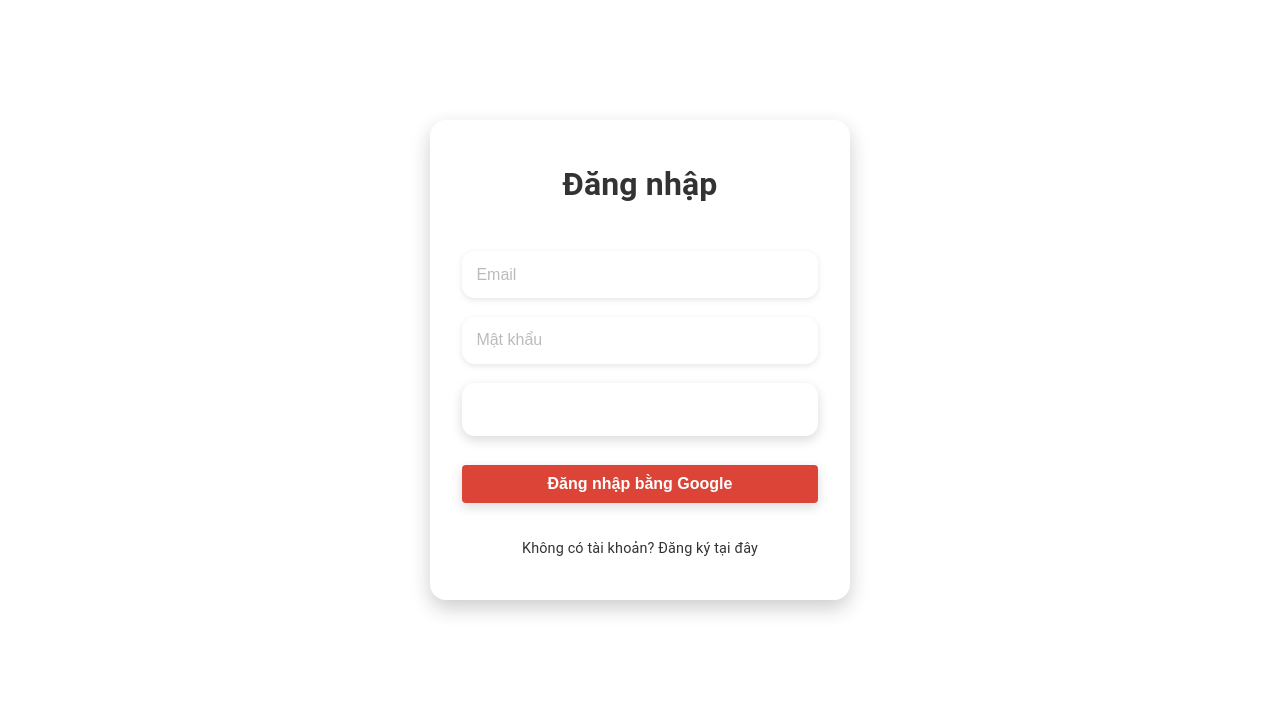
Repository: minhquang203/Homestay
Page: /login (app in client/)
The author's editor kept a copy of each file at every save. The page is drawn from the files as they stood at one save, then again after the next save.
The browser window is 1280 px wide. The pictures show the whole page.
The project was rebuilt for these pictures with package versions that can differ from the ones it lists, and the page was loaded fresh each time. Also part of the build but not shown: client/src/styles/Footer.scss, client/src/components/Footer.jsx, client/src/styles/ListingCard.scss, client/src/components/ListingCard.jsx, client/src/styles/Loader.scss, client/src/components/Loader.jsx, client/src/styles/Navbar.scss, client/src/styles/variable.scss and 28 more.

Above is the page before, as saved 2025-04-03 22:55:51.

### client/public/index.html
<!DOCTYPE html>
<html lang="en">
  <head>
    <meta charset="utf-8" />
    <link rel="icon" href="%PUBLIC_URL%/favicon.ico" />
    <meta name="viewport" content="width=device-width, initial-scale=1" />
    <meta name="theme-color" content="#000000" />
    <meta
      name="description"
      content="Web site created using create-react-app"
    />
    <link rel="apple-touch-icon" href="%PUBLIC_URL%/logo192.png" />
    <link rel="manifest" href="%PUBLIC_URL%/manifest.json" />
    <link rel="preconnect" href="https://fonts.googleapis.com">
    <link rel="preconnect" href="https://fonts.gstatic.com" crossorigin>
    <link href="https://fonts.googleapis.com/css2?family=Nunito:ital,wght@0,200..1000;1,200..1000&display=swap" rel="stylesheet">
    <title>HomeStayMove</title>
  </head>
  <body>
    <div id="root"></div>

  </body>
</html>

### client/src/index.js
import { CssBaseline, ThemeProvider, createTheme } from "@mui/material"; // Thêm vào đây
import React from "react";
import ReactDOM from "react-dom/client";
import { Provider } from "react-redux";
import { PersistGate } from "redux-persist/integration/react";
import App from "./App";
import { persistor, store } from "./Redux/store";

// Tạo theme tùy chỉnh nếu cần thiết
const theme = createTheme({
  palette: {
    primary: {
      main: "#1976d2", // Màu chủ đạo
    },
    secondary: {
      main: "#dc004e", // Màu phụ
    },
  },
});

const root = ReactDOM.createRoot(document.getElementById("root"));
root.render(
  <React.StrictMode>
    <Provider store={store}>
      <PersistGate loading={null} persistor={persistor}>
        <ThemeProvider theme={theme}>
          <CssBaseline />
          <App />
        </ThemeProvider>
      </PersistGate>
    </Provider>
  </React.StrictMode>
);

### client/src/App.js
import { BrowserRouter, Route, Routes } from "react-router-dom";
import './App.css';
import CategoryPage from "./pages/CategoryPage";
import CreateListing from "./pages/CreateListing";
import HomePage from "./pages/HomePage";
import ListingDetails from "./pages/ListingDetails";
import LoginPage from "./pages/LoginPage";
import PaymentPage from "./pages/PaymentPage";
import Profile from "./pages/Profile";
import PropertyList from "./pages/PropertyList";
import RegisterPage from "./pages/RegisterPage";
import ReservationList from "./pages/ReservationList";
import SearchPage from "./pages/SearchPage";
import TripList from "./pages/TripsList";
import AboutUs from "./pages/Useful Links/AboutUs";
import TermsAndConditions from "./pages/Useful Links/TermsAndConditions";
import WishList from "./pages/WishList";

function App() {
  return (
    <div>
    <BrowserRouter>
      <Routes>
         <Route path="/" element={<HomePage/>}></Route>
         <Route path="/register" element={<RegisterPage/>}></Route>
         <Route path="/login" element={<LoginPage/>}></Route>
         <Route path="/profile" element={<Profile/>}></Route>
         <Route path="/create-listing" element={<CreateListing/>}></Route>
         <Route path="/properties/:listingId" element={<ListingDetails/>}></Route>
         <Route path="/properties/category/:category" element={<CategoryPage />} />
         <Route path="/properties/search/:search" element={<SearchPage />} />
         <Route path="/:userId/trips" element={<TripList />} />
         <Route path="/:userId/wishList" element={<WishList />} />
         <Route path="/:userId/properties" element={<PropertyList />} />
         <Route path="/:userId/reservations" element={<ReservationList />} />
         <Route path="/reservations" element={<ReservationList />} />
         <Route path="/about-us" element={<AboutUs />} />
         <Route path="/terms-and-conditions" element={<TermsAndConditions />} />
         <Route path="/payment" element={<PaymentPage />} />
      </Routes>
    </BrowserRouter>
    </div>
  );
}

export default App;

### client/src/Redux/store.js
// store.js
import { configureStore } from "@reduxjs/toolkit";
import {
  persistStore,
  persistReducer,
  FLUSH,
  REHYDRATE,
  PAUSE,
  PERSIST,
  PURGE,
  REGISTER,
} from "redux-persist";
import storage from "redux-persist/lib/storage";
import userReducer from "./state"; // Đảm bảo đúng đường dẫn đến state.js

// Cấu hình Redux Persist
const persistConfig = {
  key: "root", // Tên của key trong localStorage
  version: 1, // Phiên bản của state để khi có thay đổi sẽ cập nhật lại
  storage, // Chọn phương thức lưu trữ, có thể là localStorage hoặc sessionStorage
};

// Tạo persisted reducer từ userReducer
const persistedReducer = persistReducer(persistConfig, userReducer);

// Tạo store với persistedReducer
export const store = configureStore({
  reducer: persistedReducer, // Dùng persisted reducer để lưu trữ trạng thái người dùng
  middleware: (getDefaultMiddleware) =>
    getDefaultMiddleware({
      serializableCheck: {
        ignoredActions: [FLUSH, REHYDRATE, PAUSE, PERSIST, PURGE, REGISTER], // Bỏ qua các action không thể serialize
      },
    }),
});

// Khởi tạo persistor từ store
export const persistor = persistStore(store);

### client/src/App.css
* {
  margin: 0;
  padding: 0;
  box-sizing: border-box;
  font-family: 'Nunito'sans-serif;
}

### client/src/pages/LoginPage.jsx
import queryString from "query-string";
import React, { useEffect, useState } from "react";
import { useDispatch } from "react-redux";
import { useNavigate } from "react-router-dom";
import { setLogin } from "../Redux/state";
import "../styles/Login.scss";

const LoginPage = () => {
  const [email, setEmail] = useState("");
  const [password, setPassword] = useState("");
  const [errorMessage, setErrorMessage] = useState("");

  const dispatch = useDispatch();
  const navigate = useNavigate();

  // Xử lý đăng nhập bằng Google
  const handleGoogleLogin = () => {
    window.open("http://localhost:3002/auth/google", "_self");
  };

  // Kiểm tra token sau khi trang được load
  useEffect(() => {
    const { token, message } = queryString.parse(window.location.search);

    if (token && message === "success") {
      // Gửi token đến backend để lấy thông tin người dùng
      fetch("http://localhost:3002/auth/me", {
        method: "GET",
        headers: {
          Authorization: `Bearer ${token}`,
        },
      })
        .then((response) => response.json())
        .then((data) => {
          if (data.user) {
            // Lưu thông tin người dùng vào Redux
            dispatch(setLogin({ user: data.user, token }));
            navigate("/"); // Điều hướng về trang chủ
          } else {
            setErrorMessage("Không thể lấy thông tin người dùng.");
          }
        })
        .catch(() => {
          setErrorMessage("Lỗi khi lấy thông tin người dùng.");
        });
    }
  }, [dispatch, navigate]);

  const handleSubmit = async (e) => {
    e.preventDefault();

    try {
      const response = await fetch("http://localhost:3002/auth/login", {
        method: "POST",
        headers: {
          "Content-Type": "application/json",
        },
        body: JSON.stringify({ email, password }),
      });

      const data = await response.json();

      if (response.ok) {
        dispatch(setLogin({ user: data.user, token: data.token }));
        navigate("/"); // Điều hướng về trang chủ
      } else {
        setErrorMessage(data.message || "Đã xảy ra lỗi khi đăng nhập.");
      }
    } catch (error) {
      setErrorMessage("Đã xảy ra lỗi khi đăng nhập.");
    }
  };

  return (
    <div className="login">
      <div className="login__content">
        <form className="login__form" onSubmit={handleSubmit}>
          <h2>Đăng nhập</h2>
          <input
            type="email"
            placeholder="Email"
            value={email}
            onChange={(e) => setEmail(e.target.value)}
            required
          />
          <input
            type="password"
            placeholder="Mật khẩu"
            value={password}
            onChange={(e) => setPassword(e.target.value)}
            required
          />
          {errorMessage && <p className="login__error">{errorMessage}</p>}
          <button type="submit">Đăng nhập</button>
          <button
            type="button"
            className="login__google"
            onClick={handleGoogleLogin}
          >
            Đăng nhập bằng Google
          </button>
          <a href="/register">Không có tài khoản? Đăng ký tại đây</a>
        </form>
      </div>
    </div>
  );
};

export default LoginPage;

### client/src/Redux/state.js
import { createSlice } from "@reduxjs/toolkit";

const initialState = {
  user: null, // Thông tin người dùng
  token: null, // Token đăng nhập
  payment : null,
};

export const userSlice = createSlice({
  name: "user",
  initialState,
  reducers: {
    // Đăng nhập thành công, lưu thông tin người dùng và token
    setLogin: (state, action) => {
      state.user = action.payload.user;
      state.token = action.payload.token;
    },
    // Đăng xuất, xóa thông tin người dùng và token
    setLogout: (state) => {
      state.user = null;
      state.token = null;
    },
    // Cập nhật thông tin người dùng
    setUserDetails: (state, action) => {
      if (state.user) {
        state.user = { ...state.user, ...action.payload };
      }
    },
    // Cập nhật danh sách properties
    setListings: (state, action) => {
      state.listings = action.payload.listings;
    },
    setTripList: (state, action) => {
      state.user.tripList = action.payload;
    },
    setWishList: (state, action) => {
      state.user.wishList = action.payload;
    },
    setPropertyList: (state, action) => {
      state.user.propertyList = action.payload;
    },
    setReservationList: (state, action) => {
      state.user.reservationList = action.payload;
    },
    setPayment: (state, action) => {
      state.payment = action.payload;
    },
    clearPayment: (state) => {
      state.payment = null;
    },
  },
});

// Export các action để sử dụng
export const {
  setLogin,
  setLogout,
  setUserDetails,
  setListings,
  setTripList,
  setWishList,
  setPropertyList,
  setReservationList,
  setPayment,
  clearPayment,
} = userSlice.actions;

// Export reducer để thêm vào store
export default userSlice.reducer;

### client/src/data.js
import { AiFillCar } from "react-icons/ai";
import {
  BiSolidDryer,
  BiSolidFirstAid,
  BiSolidFridge,
  BiSolidWasher,
  BiWifi,
  BiWorld,
} from "react-icons/bi";
import { BsFillDoorOpenFill, BsPersonWorkspace, BsSnow } from "react-icons/bs";
import {
  FaFireExtinguisher,
  FaKey,
  FaPumpSoap,
  FaShower,
  FaSkiing,
  FaUmbrellaBeach,
} from "react-icons/fa";
import { FaHouseUser, FaKitchenSet, FaPeopleRoof } from "react-icons/fa6";
import {
  GiBarbecue,
  GiBarn,
  GiBoatFishing,
  GiCactus,
  GiCampfire,
  GiCastle,
  GiCaveEntrance,
  GiCctvCamera,
  GiForestCamp,
  GiHeatHaze,
  GiIsland,
  GiToaster,
  GiWindmill,
} from "react-icons/gi";
import { IoDiamond } from "react-icons/io5";
import { MdBalcony, MdMicrowave, MdOutlineVilla, MdPets, MdYard } from "react-icons/md";
import {
  PiBathtubFill,
  PiCoatHangerFill,
  PiTelevisionFill,
} from "react-icons/pi";
import { TbBeach, TbIroning3, TbMountain, TbPool } from "react-icons/tb";

export const categories = [
  {
    label: "All",
    icon: <BiWorld />,
  },
  {
    img: "assets/beach_cat.jpg",
    label: "Beachfront",
    icon: <TbBeach />,
    description: "This property is close to the beach!",
  },
  {
    img: "assets/windmill_cat.webp",
    label: "Windmills",
    icon: <GiWindmill />,
    description: "This property is has windmills!",
  },
  {
    img: "assets/modern_cat.webp",
    label: "Iconic cities",
    icon: <MdOutlineVilla />,
    description: "This property is modern!",
  },
  {
    img: "assets/countryside_cat.webp",
    label: "Countryside",
    icon: <TbMountain />,
    description: "This property is in the countryside!",
  },
  {
    img: "assets/pool_cat.jpg",
    label: "Amazing Pools",
    icon: <TbPool />,
    description: "This is property has a beautiful pool!",
  },
  {
    img: "assets/island_cat.webp",
    label: "Islands",
    icon: <GiIsland />,
    description: "This property is on an island!",
  },
  {
    img: "assets/lake_cat.webp",
    label: "Lakefront",
    icon: <GiBoatFishing />,
    description: "This property is near a lake!",
  },
  {
    img: "assets/skiing_cat.jpg",
    label: "Ski-in/out",
    icon: <FaSkiing />,
    description: "This property has skiing activies!",
  },
  {
    img: "assets/castle_cat.webp",
    label: "Castles",
    icon: <GiCastle />,
    description: "This property is an ancient castle!",
  },
  {
    img: "assets/cave_cat.jpg",
    label: "Caves",
    icon: <GiCaveEntrance />,
    description: "This property is in a spooky cave!",
  },
  {
    img: "assets/camping_cat.jpg",
    label: "Camping",
    icon: <GiForestCamp />,
    description: "This property offers camping activities!",
  },
  {
    img: "assets/arctic_cat.webp",
    label: "Arctic",
    icon: <BsSnow />,
    description: "This property is in arctic environment!",
  },
  {
    img: "assets/desert_cat.webp",
    label: "Desert",
    icon: <GiCactus />,
    description: "This property is in the desert!",
  },
  {
    img: "assets/barn_cat.jpg",
    label: "Barns",
    icon: <GiBarn />,
    description: "This property is in a barn!",
  },
  {
    img: "assets/lux_cat.jpg",
    label: "Luxury",
    icon: <IoDiamond />,
    description: "This property is brand new and luxurious!",
  },
];

export const types = [
  {
    name: "An entire place",
    description: "Guests have the whole place to themselves",
    icon: <FaHouseUser />,
  },
  {
    name: "Room(s)",
    description:
      "Guests have their own room in a house, plus access to shared places",
    icon: <BsFillDoorOpenFill />,
  },
  {
    name: "A Shared Room",
    description:
      "Guests sleep in a room or common area that maybe shared with you or others",
    icon: <FaPeopleRoof />,
  },
];

export const facilities = [
  {
    name: "Bath tub",
    icon: <PiBathtubFill />,
  },
  {
    name: "Personal care products",
    icon: <FaPumpSoap />,
  },
  {
    name: "Outdoor shower",
    icon: <FaShower />,
  },
  {
    name: "Washer",
    icon: <BiSolidWasher />,
  },
  {
    name: "Dryer",
    icon: <BiSolidDryer />,
  },
  {
    name: "Hangers",
    icon: <PiCoatHangerFill />,
  },
  {
    name: "Iron",
    icon: <TbIroning3 />,
  },
  {
    name: "TV",
    icon: <PiTelevisionFill />,
  },
  {
    name: "Dedicated workspace",
    icon: <BsPersonWorkspace />
  },
  {
    name: "Air Conditioning",
    icon: <BsSnow />,
  },
  {
    name: "Heating",
    icon: <GiHeatHaze />,
  },
  {
    name: "Security cameras",
    icon: <GiCctvCamera />,
  },
  {
    name: "Fire extinguisher",
    icon: <FaFireExtinguisher />,
  },
  {
    name: "First Aid",
    icon: <BiSolidFirstAid />,
  },
  {
    name: "Wifi",
    icon: <BiWifi />,
  },
  {
    name: "Cooking set",
    icon: <FaKitchenSet />,
  },
  {
    name: "Refrigerator",
    icon: <BiSolidFridge />,
  },
  {
    name: "Microwave",
    icon: <MdMicrowave />,
  },
  {
    name: "Stove",
    icon: <GiToaster />,
  },
  {
    name: "Barbecue grill",
    icon: <GiBarbecue />,
  },
  {
    name: "Outdoor dining area",
    icon: <FaUmbrellaBeach />,
  },
  {
    name: "Private patio or Balcony",
    icon: <MdBalcony />,
  },
  {
    name: "Camp fire",
    icon: <GiCampfire />,
  },
  {
    name: "Garden",
    icon: <MdYard />,
  },
  {
    name: "Free parking",
    icon: <AiFillCar />,
  },
  {
    name: "Self check-in",
    icon: <FaKey />
  },
  {
    name: " Pet allowed",
    icon: <MdPets />
  }
];

### client/src/styles/Login.scss
@import "./variable.scss";
@import url("https://fonts.googleapis.com/css2?family=Nunito:wght@400;700&display=swap");

.login {
  display: flex;
  color: $text-color;
  justify-content: center;
  align-items: center;
  height: 100vh;
  background: linear-gradient(135deg, var(--primary-color), var(--secondary-color));
  font-family: var(--font-primary);
  padding: 1rem;

  &__content {
    background: var(--form-background);
    padding: 2.5rem 2rem;
    border-radius: 1rem;
    box-shadow: 0 8px 20px rgba(0, 0, 0, 0.2);
    max-width: 420px;
    width: 100%;
    text-align: center;
    animation: fadeIn 0.8s ease-out;

    h2 {
      font-size: 2rem;
      margin-bottom: 1.5rem;
      color: var(--text-color);
      font-weight: bold;
    }
  }

  &__form {
    display: flex;
    flex-direction: column;
    gap: 1.2rem;

    input {
      padding: 0.9rem;
      border: 1px solid var(--input-border-color);
      border-radius: 0.8rem;
      font-size: 1rem;
      color: var(--text-color);
      background-color: var(--input-background);
      transition: all 0.3s ease;
      box-shadow: 0 2px 6px rgba(0, 0, 0, 0.1);

      &:focus {
        border-color: var(--input-focus-border);
        box-shadow: 0 0 10px rgba(var(--input-focus-border), 0.4);
        outline: none;
      }

      &::placeholder {
        color: #bbb;
      }
    }

    button {
      padding: 1rem;
      background: var(--button-color);
      color: #fff;
      font-weight: bold;
      font-size: 1.1rem;
      border: none;
      border-radius: 0.8rem;
      cursor: pointer;
      transition: all 0.3s ease;
      box-shadow: 0 4px 12px rgba(0, 0, 0, 0.15);

      &:hover {
        background-color: var(--button-hover);
        transform: translateY(-2px);
        box-shadow: 0 6px 16px rgba(0, 0, 0, 0.2);
      }

      &:active {
        transform: translateY(1px);
        box-shadow: none;
      }
    }
  }

  .login__google {
    background-color: #db4437;
    color: white;
    font-size: 16px;
    font-weight: bold;
    border: none;
    padding: 10px 20px;
    margin-top: 10px;
    cursor: pointer;
    border-radius: 4px;
    transition: background-color 0.3s;

    &:hover {
      background-color: #c33d2e;
    }
  }

  a {
    display: inline-block;
    margin-top: 1rem;
    color: var(--link-color);
    text-decoration: none;
    font-size: 0.9rem;
    transition: color 0.3s ease;

    &:hover {
      color: var(--link-hover);
    }
  }

  &__error {
    color: var(--error-color);
    font-size: 0.9rem;
    margin-top: -0.5rem;
  }

  /* Hiệu ứng */
  @keyframes fadeIn {
    0% {
      opacity: 0;
      transform: scale(0.9);
    }
    100% {
      opacity: 1;
      transform: scale(1);
    }
  }
}

After the next save:
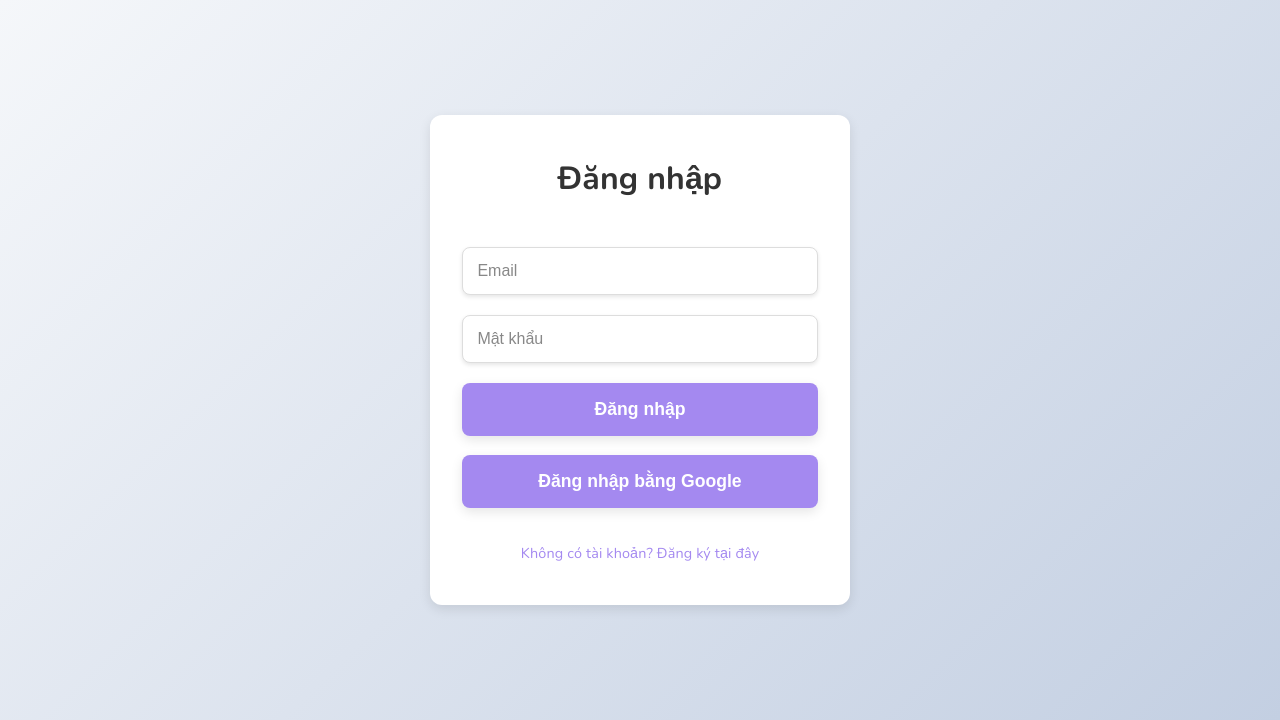
Saved 16 s later.
--- a/client/src/styles/Login.scss
+++ b/client/src/styles/Login.scss
@@ -1,30 +1,28 @@
 @import "./variable.scss";
-@import url("https://fonts.googleapis.com/css2?family=Nunito:wght@400;700&display=swap");
 
 .login {
   display: flex;
-  color: $text-color;
   justify-content: center;
   align-items: center;
   height: 100vh;
-  background: linear-gradient(135deg, var(--primary-color), var(--secondary-color));
-  font-family: var(--font-primary);
+  background: $background-gradient;
+  font-family: $font-primary;
   padding: 1rem;
 
   &__content {
-    background: var(--form-background);
+    background: $form-background;
     padding: 2.5rem 2rem;
-    border-radius: 1rem;
-    box-shadow: 0 8px 20px rgba(0, 0, 0, 0.2);
+    border-radius: $border-radius-large;
+    box-shadow: $box-shadow-large;
     max-width: 420px;
     width: 100%;
     text-align: center;
-    animation: fadeIn 0.8s ease-out;
+    animation: fadeIn $transition-slow;
 
     h2 {
       font-size: 2rem;
       margin-bottom: 1.5rem;
-      color: var(--text-color);
+      color: $text-color;
       font-weight: bold;
     }
   }
@@ -36,39 +34,39 @@
 
     input {
       padding: 0.9rem;
-      border: 1px solid var(--input-border-color);
-      border-radius: 0.8rem;
+      border: 1px solid $input-border-color;
+      border-radius: $border-radius;
       font-size: 1rem;
-      color: var(--text-color);
-      background-color: var(--input-background);
-      transition: all 0.3s ease;
-      box-shadow: 0 2px 6px rgba(0, 0, 0, 0.1);
+      color: $text-color;
+      background-color: $form-background;
+      transition: all $transition-fast;
+      box-shadow: $box-shadow-small;
 
       &:focus {
-        border-color: var(--input-focus-border);
-        box-shadow: 0 0 10px rgba(var(--input-focus-border), 0.4);
+        border-color: $input-focus-border;
+        box-shadow: 0 0 10px rgba($input-focus-border, 0.4);
         outline: none;
       }
 
       &::placeholder {
-        color: #bbb;
+        color: $grey;
       }
     }
 
     button {
       padding: 1rem;
-      background: var(--button-color);
+      background: $button-color;
       color: #fff;
       font-weight: bold;
       font-size: 1.1rem;
       border: none;
-      border-radius: 0.8rem;
+      border-radius: $border-radius;
       cursor: pointer;
-      transition: all 0.3s ease;
-      box-shadow: 0 4px 12px rgba(0, 0, 0, 0.15);
+      transition: all $transition-fast;
+      box-shadow: $box-shadow-large;
 
       &:hover {
-        background-color: var(--button-hover);
+        background-color: $button-hover;
         transform: translateY(-2px);
         box-shadow: 0 6px 16px rgba(0, 0, 0, 0.2);
       }
@@ -80,38 +78,21 @@
     }
   }
 
-  .login__google {
-    background-color: #db4437;
-    color: white;
-    font-size: 16px;
-    font-weight: bold;
-    border: none;
-    padding: 10px 20px;
-    margin-top: 10px;
-    cursor: pointer;
-    border-radius: 4px;
-    transition: background-color 0.3s;
-
-    &:hover {
-      background-color: #c33d2e;
-    }
-  }
-
   a {
     display: inline-block;
     margin-top: 1rem;
-    color: var(--link-color);
+    color: $link-color;
     text-decoration: none;
     font-size: 0.9rem;
-    transition: color 0.3s ease;
+    transition: color $transition-fast;
 
     &:hover {
-      color: var(--link-hover);
+      color: $link-hover;
     }
   }
 
   &__error {
-    color: var(--error-color);
+    color: $error-color;
     font-size: 0.9rem;
     margin-top: -0.5rem;
   }
